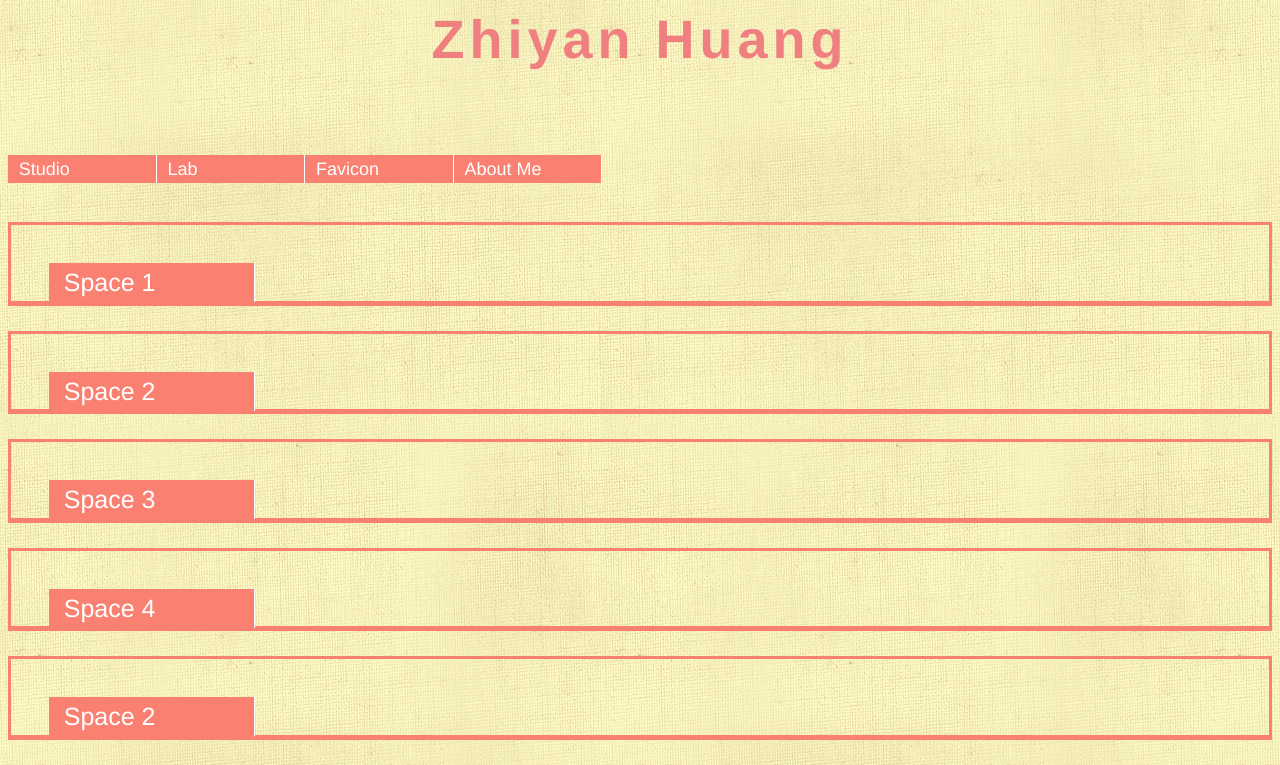
Repository: huanz488/huanz488-github.io
Page: studio.html
The author's editor kept a record of every edit. The page is drawn from the files as they stood at one moment, then again after the next edit.
The browser window is 1280 px wide. The pictures show the whole page.

Above is the page before.

### studio.html
<html>
    <head>
    <title>Zhiyan Huang</title>


    <body>
    <h1><center>Zhiyan Huang</center></h1>

    <marquee direction=right><font size=5>Welcome to my page.</font></marquee><br>
    <br>

    </body>
    </head>

<style type="text/css">
ul
{
float:left;
width:100%;
padding:0;
margin:0;
list-style-type:none;
}
a
{
float:left;
width:7em;
text-decoration:none;
color:white;
background-color:#FA8072;
padding:0.2em 0.6em;
border-right:1px solid white;
}
a:hover {background-color:#ff3300}
li {display:inline}
</style>

</head>

<body>
<ul>
<li><a href="#">Studio</a></li>
<li><a href="#">Lab</a></li>
<li><a href="#">Favicon</a></li>
<li><a href="#">About Me</a></li>
</ul>

</style>

<style>

      body { font-size:18px;font-family:Helvetica;}
      body {background-color: #FFFFCC; background-image:url(background.png);}
      h1 {letter-spacing: 5px; font-size: 300%; color:#F08080;}

</style>

<style type="text/css">

p.solid {border-style: solid; border-color: #FA8072; font-size:25px; center border-top-width:5px; border-bottom-width:5px; padding:1cm;}
p.solid2 {border-style: solid; border-color: #FA8072; font-size:25px; center border-top-width:5px; border-bottom-width:5px; padding:1cm;}
</style>

<body>
<br><br><p class="solid"><a href="composition/composition.html">Space 1</a> </p>

<p class="solid2"><a href="composition/compositionrevised.html">Space 2</a></p>

<p class="solid2"><a href="composition/compositionrevised.html">Space 3</a></p>

<p class="solid2"><a href="composition/compositionrevised.html">Space 4</a></p>

<p class="solid2"><a href="composition/compositionrevised.html">Space 2</a></p>



</body>

After the next edit:
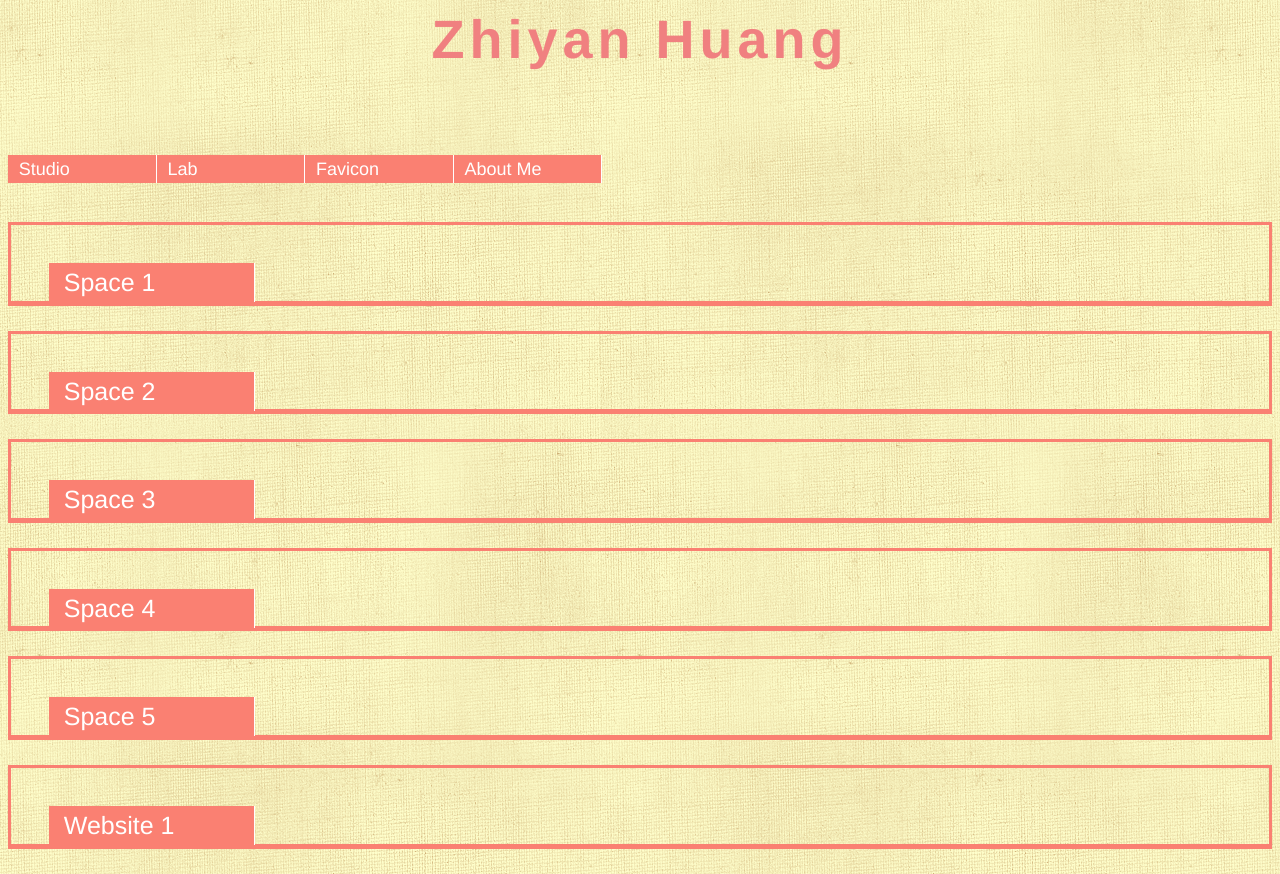
The edit:
--- a/studio.html
+++ b/studio.html
@@ -70,7 +70,9 @@
 
 <p class="solid2"><a href="composition/compositionrevised.html">Space 4</a></p>
 
-<p class="solid2"><a href="composition/compositionrevised.html">Space 2</a></p>
+<p class="solid2"><a href="composition/compositionrevised.html">Space 5</a></p>
+
+<p class="solid2"><a href="project1/project1.html">Website 1</a></p>
 
 
 
